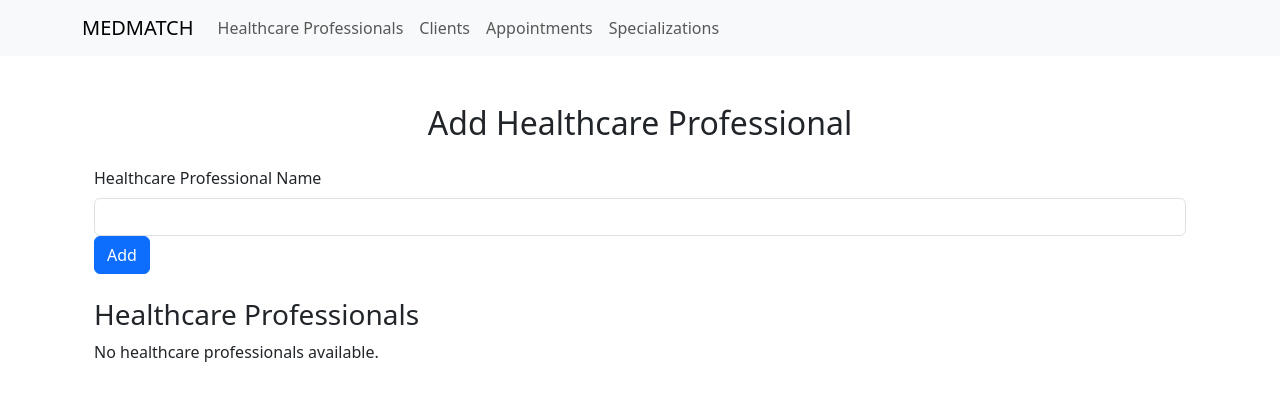
Repository: fahma20/medmatch-platform
Page: /healthcare-professionals (app in client/)
These files come from the project's save history. The page is drawn as it stood at one moment and after the next save; the edit follows.
The browser window is 1280 px wide. The pictures show the whole page.
The page's requests for data from a server got no answer. The project was rebuilt for these pictures with package versions that can differ from the ones it lists, and the page was loaded fresh each time. No one was signed in, and anything a server would have sent is missing. Also part of the build but not shown: client/src/components/Specializations.js, client/src/components/Appointments.js, client/src/components/Clients.js, client/src/components/Homepage.js.

Above is the page before, as saved 2025-02-01 22:24:03.

After the next save:
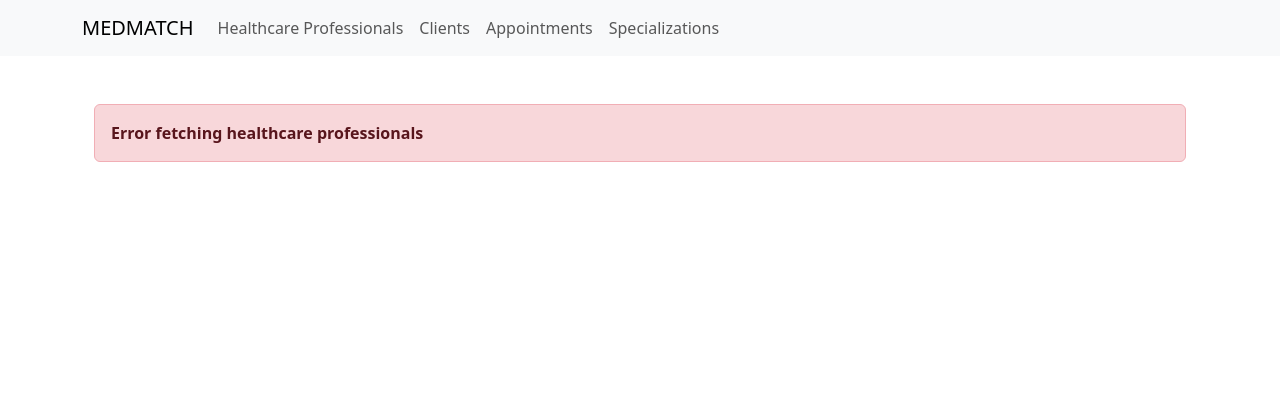
Saved 88 s later.
--- a/client/src/components/Healthcareprofessionals.js
+++ b/client/src/components/Healthcareprofessionals.js
@@ -5,13 +5,15 @@
 // HealthcareProfessionals.js
 // HealthcareProfessionals.js
 import React, { useState, useEffect } from 'react';
-import { Button, Form, Card, ListGroup, Collapse } from 'react-bootstrap';
+import { Button, Form, Card, ListGroup, Collapse, Spinner, Alert } from 'react-bootstrap';
 
 const HealthcareProfessional = () => {
   const [professionals, setProfessionals] = useState([]);
   const [newProfessionalName, setNewProfessionalName] = useState('');
   const [editingProfessional, setEditingProfessional] = useState(null);
   const [open, setOpen] = useState({}); // For toggling the specialization list visibility
+  const [loading, setLoading] = useState(true);
+  const [error, setError] = useState(null);
 
   useEffect(() => {
     fetchHealthcareProfessionals();
@@ -22,8 +24,10 @@ const HealthcareProfessional = () => {
       const response = await fetch('http://127.0.0.1:5000/api/healthcare_professionals');
       const data = await response.json();
       setProfessionals(data);
+      setLoading(false);
     } catch (error) {
-      console.error('Error fetching healthcare professionals', error);
+      setError('Error fetching healthcare professionals');
+      setLoading(false);
     }
   };
 
@@ -94,6 +98,25 @@ const HealthcareProfessional = () => {
     }));
   };
 
+  if (loading) {
+    return (
+      <div className="container mt-5 text-center">
+        <Spinner animation="border" variant="primary" />
+        <p>Loading healthcare professionals...</p>
+      </div>
+    );
+  }
+
+  if (error) {
+    return (
+      <div className="container mt-5">
+        <Alert variant="danger">
+          <strong>{error}</strong>
+        </Alert>
+      </div>
+    );
+  }
+
   return (
     <div className="container mt-5">
       <h2 className="mb-4 text-center">{editingProfessional ? 'Edit Healthcare Professional' : 'Add Healthcare Professional'}</h2>
@@ -149,7 +172,9 @@ const HealthcareProfessional = () => {
                   <ListGroup className="mt-3">
                     {professional.specializations && professional.specializations.length > 0 ? (
                       professional.specializations.map((specialization) => (
-                        <ListGroup.Item key={specialization.id}>{specialization.specialization_name} - {specialization.status}</ListGroup.Item>
+                        <ListGroup.Item key={specialization.id}>
+                          {specialization.specialization_name} - {specialization.status}
+                        </ListGroup.Item>
                       ))
                     ) : (
                       <ListGroup.Item>No Specializations</ListGroup.Item>
